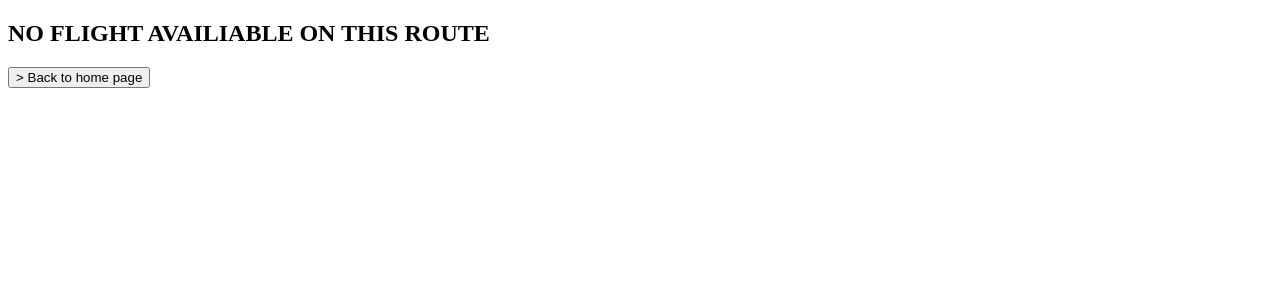
Repository: jha6435/Backenefinalsubmission
Page: http://localhost/ProjectFlyaway2/noflight.jsp
An editor plug-in stored every save of this project. The page is shown before and after the next save, followed by the edit.
The browser window is 1280 px wide. The pictures show the whole page.
The page is served by Tomcat 9. Other server files are loaded and not shown.

Above is the page before, as saved 2023-05-11 11:57:44.

### ProjectFlyaway2/src/main/webapp/noflight.jsp
<%@ page language="java" contentType="text/html; charset=ISO-8859-1"
    pageEncoding="ISO-8859-1"%>
<!DOCTYPE html>
<html>
<head>
<meta charset="ISO-8859-1">
<title>Insert title here</title>
</head>
<body>
<h2>NO FLIGHT AVAILIABLE ON THIS ROUTE</h2>
<button <a href="index.jsp"></a>> Back to home page</button>

</body>
</html>

After the next save:
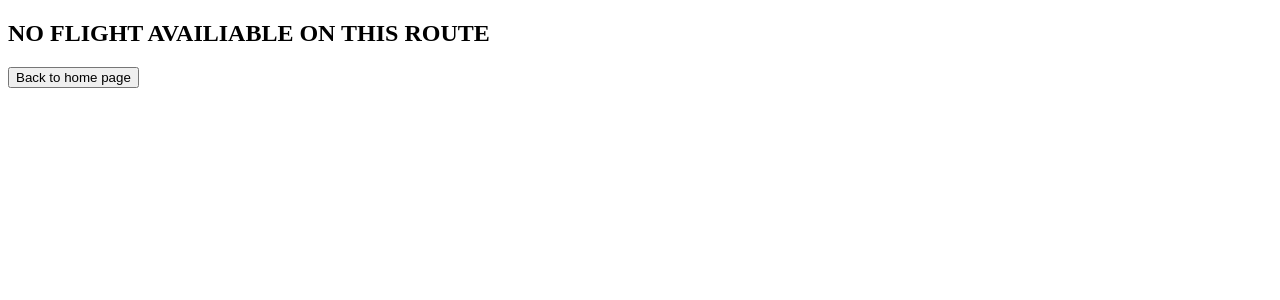
Saved 51 s later.
--- a/ProjectFlyaway2/src/main/webapp/noflight.jsp
+++ b/ProjectFlyaway2/src/main/webapp/noflight.jsp
@@ -8,7 +8,7 @@
 </head>
 <body>
 <h2>NO FLIGHT AVAILIABLE ON THIS ROUTE</h2>
-<button <a href="index.jsp"></a>> Back to home page</button>
+<button> <a href="index.jsp"></a> Back to home page</button>
 
 </body>
 </html>

After the save that followed:
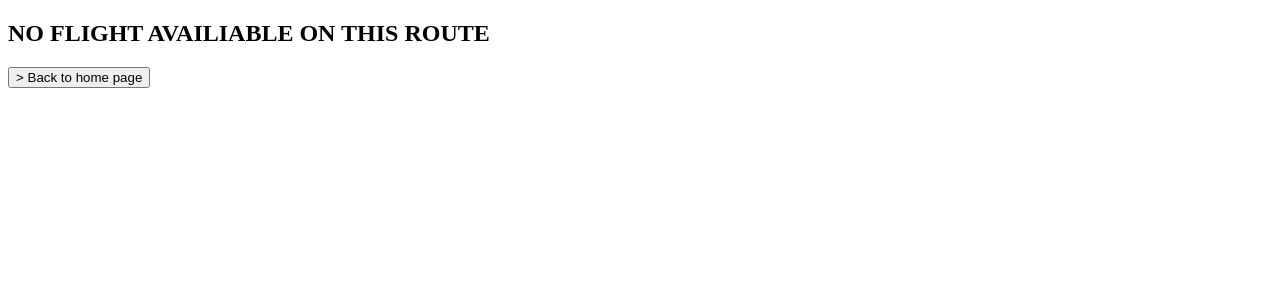
Saved 37 s later.
--- a/ProjectFlyaway2/src/main/webapp/noflight.jsp
+++ b/ProjectFlyaway2/src/main/webapp/noflight.jsp
@@ -8,7 +8,7 @@
 </head>
 <body>
 <h2>NO FLIGHT AVAILIABLE ON THIS ROUTE</h2>
-<button> <a href="index.jsp"></a> Back to home page</button>
+<button> <a href="index.jsp"></a>> Back to home page</button>
 
 </body>
 </html>
